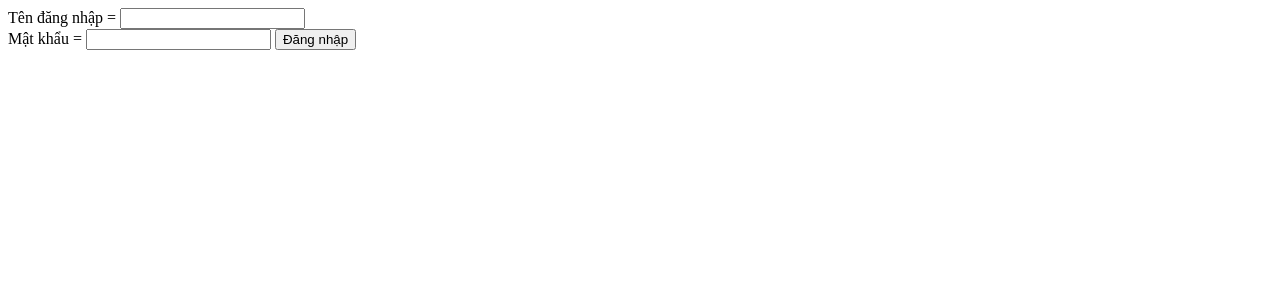
Repository: giakhiem2911/64131000_Web2
Page: Login/src/main/webapp/Login.html
These files come from the project's save history. The page is drawn as it stood at one moment and after the next save; the edit follows.
The browser window is 1280 px wide. The pictures show the whole page.

Above is the page before, as saved 2025-02-21 04:18:01.

### Login/src/main/webapp/Login.html
<!DOCTYPE html>
<html>
<head>
<meta charset="UTF-8">
<title>Login</title>
</head>
<body>
	<form action="Login.jsp" method="post">
		Tên đăng nhập = <input type="text" name="ten"></br>
		Mật khẩu = <input type="password" name="mk">
		<input type="submit" value="Đăng nhập">
	</form>
</body>
</html>

After the next save:
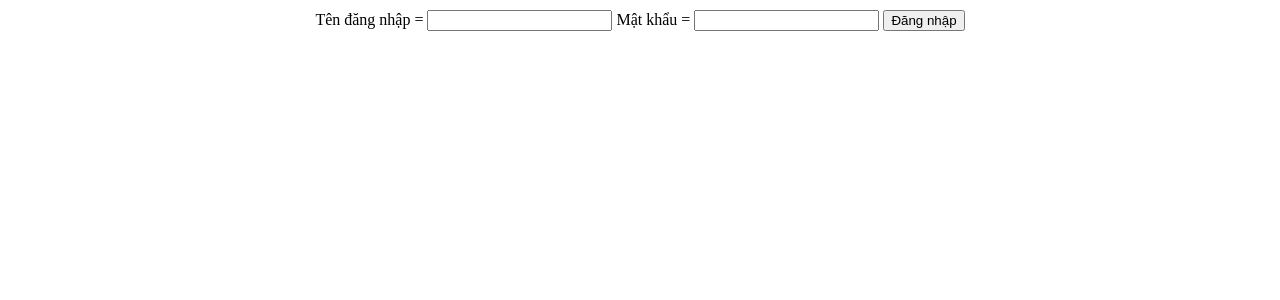
Saved 68 s later.
--- a/Login/src/main/webapp/Login.html
+++ b/Login/src/main/webapp/Login.html
@@ -5,10 +5,12 @@
 <title>Login</title>
 </head>
 <body>
-	<form action="Login.jsp" method="post">
-		Tên đăng nhập = <input type="text" name="ten"></br>
-		Mật khẩu = <input type="password" name="mk">
-		<input type="submit" value="Đăng nhập">
-	</form>
+	<center>
+		<form action="Login.jsp" method="post" style="margin: 10px">
+			Tên đăng nhập = <input type="text" name="ten">
+			Mật khẩu = <input type="password" name="mk">
+			<input type="submit" value="Đăng nhập">
+		</form>
+	</center>
 </body>
 </html>
